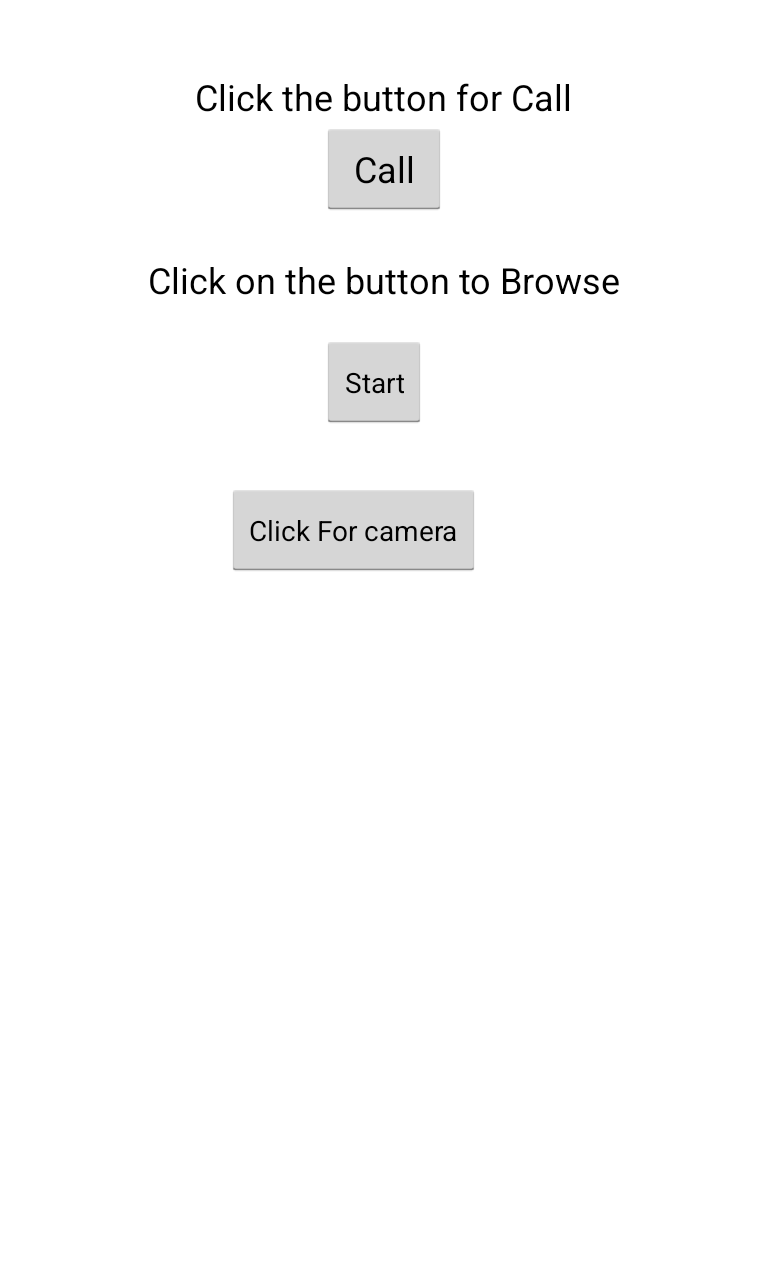
Repository: MadhuHS/OECM-1
Layout: ImplicitIntents/res/layout/activity_main.xml
These files come from the project's save history. The layout is drawn as it stood at one moment and after the next save; the edit follows.
It is drawn on a 768 x 1280 px phone screen (xhdpi) without system bars, with theme AppTheme; the app's code is not run.

Above is the layout before, as saved 2015-10-02 14:24:29.

### ImplicitIntents/res/layout/activity_main.xml
<RelativeLayout xmlns:android="http://schemas.android.com/apk/res/android"
    xmlns:tools="http://schemas.android.com/tools"
    android:layout_width="match_parent"
    android:layout_height="match_parent"
    android:paddingBottom="@dimen/activity_vertical_margin"
    android:paddingLeft="@dimen/activity_horizontal_margin"
    android:paddingRight="@dimen/activity_horizontal_margin"
    android:paddingTop="@dimen/activity_vertical_margin"
    tools:context=".MainActivity" >

    <TextView
        android:id="@+id/textView2"
        android:layout_width="wrap_content"
        android:layout_height="wrap_content"
        android:layout_below="@+id/buttoncall"
        android:layout_centerHorizontal="true"
        android:layout_marginTop="19dp"
        android:text="Click on the button to Browse"
        android:textAppearance="?android:attr/textAppearanceMedium" />

    <TextView
        android:id="@+id/textView1"
        android:layout_width="wrap_content"
        android:layout_height="wrap_content"
        android:layout_alignParentTop="true"
        android:layout_centerHorizontal="true"
        android:layout_marginTop="20dp"
        android:text="Click the button for Call"
        android:textAppearance="?android:attr/textAppearanceMedium" />

    <Button
        android:id="@+id/buttoncall"
        android:layout_width="wrap_content"
        android:layout_height="wrap_content"
        android:layout_below="@+id/textView1"
        android:layout_centerHorizontal="true"
        android:text="Call" />

    <Button
        android:id="@+id/buttonbrowse"
        style="?android:attr/buttonStyleSmall"
        android:layout_width="wrap_content"
        android:layout_height="wrap_content"
        android:layout_alignLeft="@+id/buttoncall"
        android:layout_below="@+id/textView2"
        android:layout_marginTop="15dp"
        android:text="Start" />

    <Button
        android:id="@+id/buttoncamera"
        style="?android:attr/buttonStyleSmall"
        android:layout_width="wrap_content"
        android:layout_height="wrap_content"
        android:layout_alignLeft="@+id/textView1"
        android:layout_below="@+id/buttonbrowse"
        android:layout_marginLeft="15dp"
        android:layout_marginTop="26dp"
        android:text="Click For camera" />

</RelativeLayout>

Loaded but not shown: ImplicitIntents/res/values/styles.xml (common file); ImplicitIntents/res/values-v11/styles.xml (common file); ImplicitIntents/res/values-v14/styles.xml (common file); ImplicitIntents/res/values/dimens.xml (common file)

After the next save:
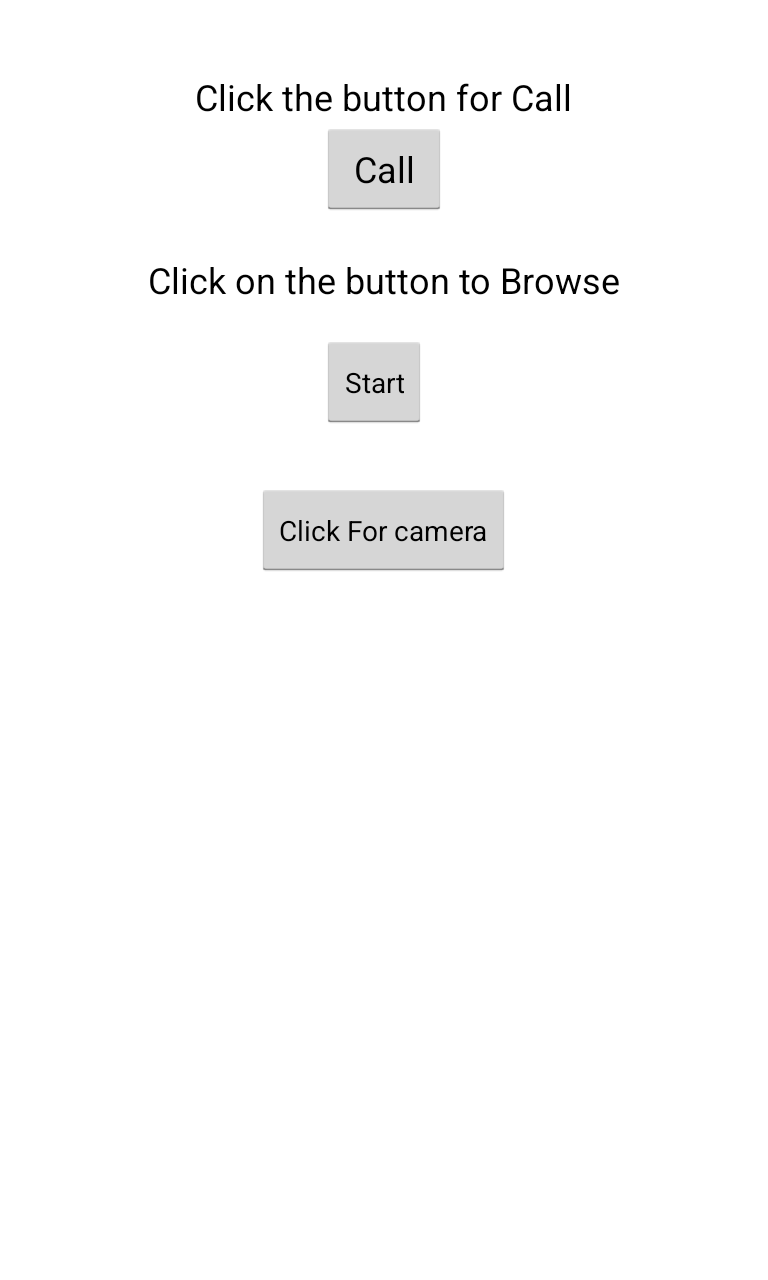
Saved 5 min 7 s later.
--- a/ImplicitIntents/res/layout/activity_main.xml
+++ b/ImplicitIntents/res/layout/activity_main.xml
@@ -51,10 +51,17 @@
         style="?android:attr/buttonStyleSmall"
         android:layout_width="wrap_content"
         android:layout_height="wrap_content"
-        android:layout_alignLeft="@+id/textView1"
         android:layout_below="@+id/buttonbrowse"
-        android:layout_marginLeft="15dp"
+        android:layout_centerHorizontal="true"
         android:layout_marginTop="26dp"
         android:text="Click For camera" />
 
+    <ImageView
+        android:id="@+id/imageView1"
+        android:layout_width="wrap_content"
+        android:layout_height="wrap_content"
+        android:layout_below="@+id/buttoncamera"
+        android:layout_centerHorizontal="true"
+        android:layout_marginTop="81dp"/>
+
 </RelativeLayout>
